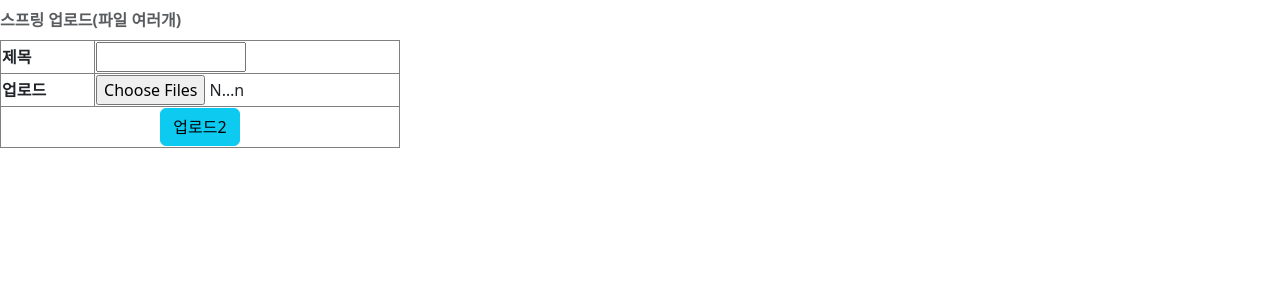
Repository: UZCHA/Sist0103Project
Page: http://localhost/SpringMvcFileUploadEx6/board/uploadform2
An editor plug-in stored every save of this project. The page is shown before and after the next save, followed by the edit.
The browser window is 1280 px wide. The pictures show the whole page.
Some web fonts or font styles are not loaded; a fallback is used. The page is served by Tomcat 9. Other server files are loaded and not shown.

Above is the page before, as saved 2024-05-07 05:38:15.

### sts3work/SpringMvcFileUploadEx6/src/main/webapp/WEB-INF/board/uploadform2.jsp
<%@ page language="java" contentType="text/html; charset=utf-8"
    pageEncoding="utf-8"%>
<%@ taglib prefix="c" uri="http://java.sun.com/jsp/jstl/core" %>
<%@ taglib prefix="fmt" uri="http://java.sun.com/jsp/jstl/fmt" %>
<!DOCTYPE html>
<html>
<head>
<meta charset="UTF-8">
<link href="https://cdn.jsdelivr.net/npm/bootstrap@5.3.2/dist/css/bootstrap.min.css" rel="stylesheet">
<link href="https://fonts.googleapis.com/css2?family=Dongle&family=Gaegu&family=Nanum+Pen+Script&family=Noto+Sans+KR:wght@100..900&family=Noto+Serif+KR&display=swap" rel="stylesheet">
<script src="https://code.jquery.com/jquery-3.7.0.js"></script>
<title>Insert title here</title>
</head>
<body>
<form action="upload2" method="post" enctype="multipart/form-data">
	<table class="tabel table-bordered" style="width: 400px;">
		<caption align="top"><b>스프링 업로드(파일 여러개)</b></caption>
			<tr>
				<th>제목</th>
				<td>
					<input type="text" name="title" style="width: 150px;">
				</td>
			</tr>
			<tr>
				<th>업로드</th>
				<td>
					<input type="file" name="photo" style="width: 150px;" multiple="multiple">
				</td>
			</tr>
			<tr>
				<td colspan="2" align="center">
					<button type="submit" class="btn btn-info">업로드2</button>
				</td>
			</tr>
	</table>
</form>
</body>
</html>

After the next save:
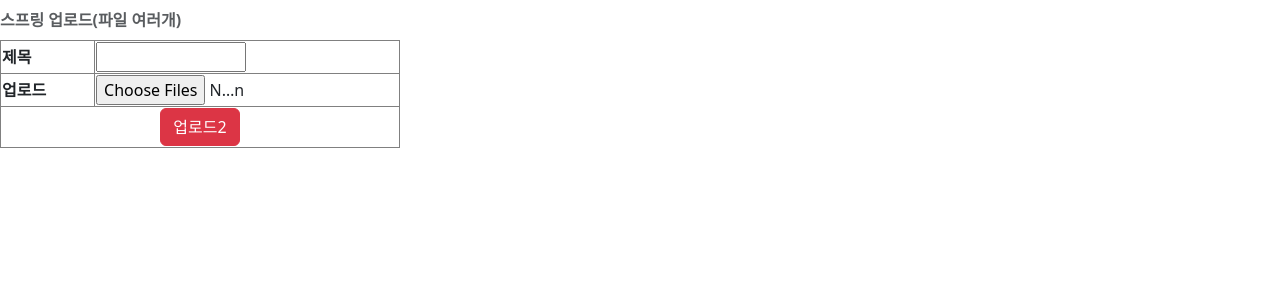
Saved 8 s later.
--- a/sts3work/SpringMvcFileUploadEx6/src/main/webapp/WEB-INF/board/uploadform2.jsp
+++ b/sts3work/SpringMvcFileUploadEx6/src/main/webapp/WEB-INF/board/uploadform2.jsp
@@ -29,7 +29,7 @@
 			</tr>
 			<tr>
 				<td colspan="2" align="center">
-					<button type="submit" class="btn btn-info">업로드2</button>
+					<button type="submit" class="btn btn-danger">업로드2</button>
 				</td>
 			</tr>
 	</table>
